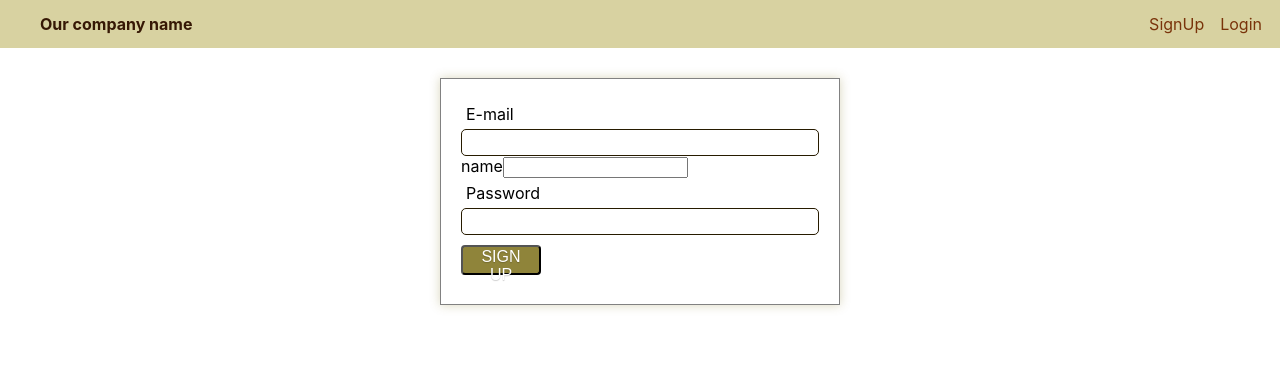
Repository: Zhabskyi/weather-aplication
Page: /sign-up
The author's editor kept a copy of each file at every save. The page is drawn from the files as they stood at one save, then again after the next save.
The browser window is 1280 px wide. The pictures show the whole page.
The project was rebuilt for these pictures with package versions that can differ from the ones it lists, and the page was loaded fresh each time. Also part of the build but not shown: src/components/login/Login.css, src/components/login/loginForm/LoginForm.jsx, src/components/login/LogIn.jsx, src/containers/App.css.

Above is the page before, as saved 2018-12-22 19:48:48.

After the next save:
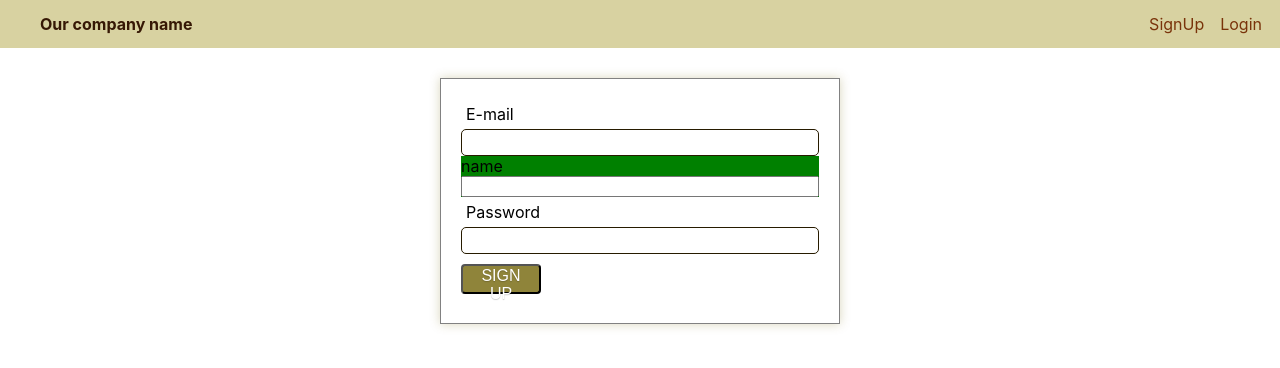
Saved 13 s later.
--- a/src/components/input/Input.jsx
+++ b/src/components/input/Input.jsx
@@ -1,5 +1,5 @@
 import React from 'react';
-
+import './Input.css';
 export const Input = (props) => {
     return <div className='input'>
         <label className='input__label' htmlFor={props.id}>{props.title}</label>
